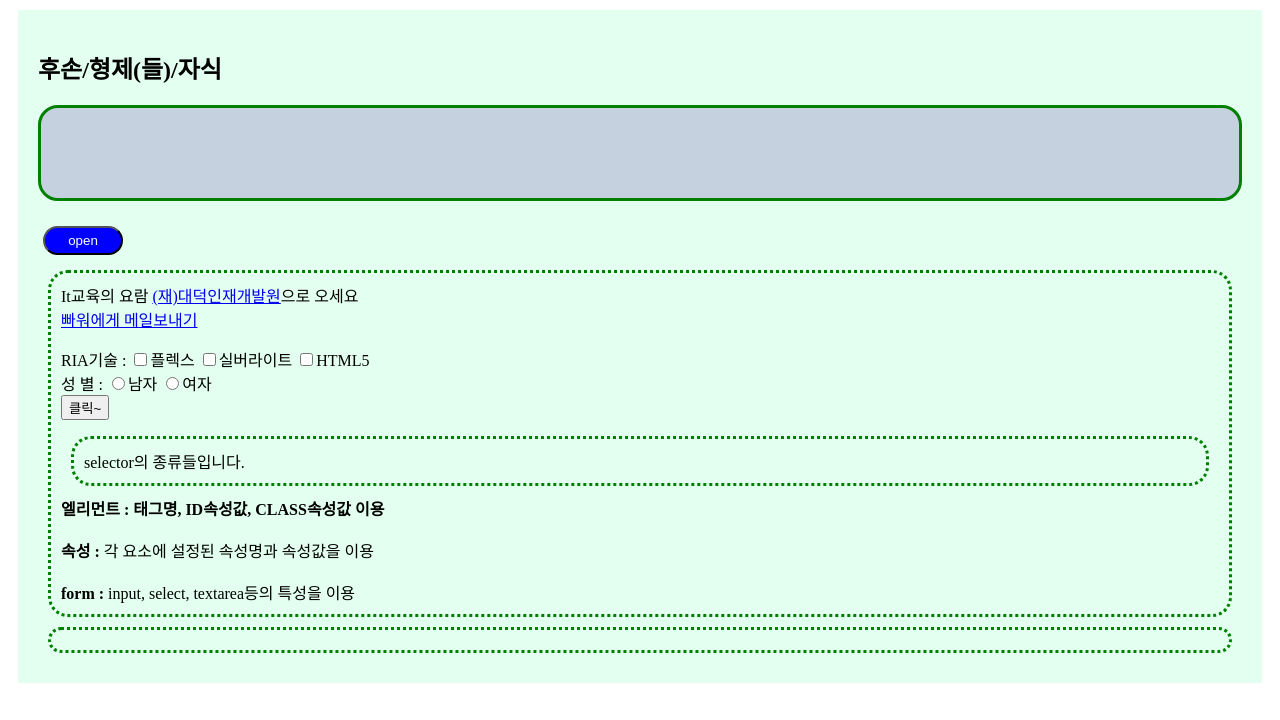
Repository: ypyp0205/jquery
Page: jqpro/WebContent/0210/선택자_엘리먼트2.html
An editor plug-in stored every save of this project. The page is shown before and after the next save, followed by the edit.
The browser window is 1280 px wide. The pictures show the whole page.
After loading, the first visible `button` was clicked once.

Above is the page before, as saved 2020-02-10 03:22:35.
Console error: SyntaxError: Unexpected token '.'

### jqpro/WebContent/0210/선택자_엘리먼트2.html
<!DOCTYPE html>
<html>
<head>
<meta charset="UTF-8">
<title>Insert title here</title>
<link rel="stylesheet" href="../CSS/mystyle.css">
<script src="../js/jquery-3.4.1.min.js" type="text/javascript"></script>

<script type="text/javascript">
	$(function(){
		$('button').on('click', function() {

			//h2의 자식 a 태그의 스타일 에 테두리 설정 - solid
		/* 	$('#list~b').css('border', '2px solid blue');
			$('#list~span').css('border', '2px solid red');
							.css('background', 'green'); */


			//id가 list인 요소의 테두리지정 2px solid orange
			//글자크기 30px ,  가로 길이지정
			$('#list').css('border', '2px solid orange');
							.css('font-size', '30px');
			//p요소의 테두리 2px solid red 변경

			//span 요소의 배경색 핑크, 글자색 레드

			//span 요소의 후손  a 요소 overline

			//class가 detail 요소의 글자색을 blue

			// div의 다음의 모든  형제인 span 요소의 배경색 lightgreen

			//div 의 자식인 span 요소의 테두리 1px solid red

			//div 형제인 모든 b 요소의 테두리 2px solid blue




		})



	})
</script>
</head>
<body>

	<div class="box">
		<h2>후손/형제(들)/자식</h2>
		<pre>

		</pre>

		<button type="button" onclick="proc1()">open</button>



	<div>
<span>It교육의 요람 <a href="http://www.ddit.or.kr">
         (재)대덕인재개발원</a>으로 오세요
 </span><br>
<a href="mailto:power2c@ddit.or.kr">빠워에게 메일보내기</a>

<p>
RIA기술 : <input type="checkbox" name="ria" value="플렉스"/>플렉스
<input type="checkbox" name="ria" value="실버라이트"/>실버라이트
<input type="checkbox" name="ria" value="HTML5"/>HTML5<br>

성 별 : <input type="radio" name="gender" value="남자"/>남자
<input type="radio" name="gender" value="여자"/>여자<br>
<input type="button" value="클릭~"/><br>
</p>

<div id="list">selector의 종류들입니다.</div>
<b>엘리먼트 : </b>
<span class="detail"><b>태그명, ID속성값, CLASS속성값 이용</b></span><br><br>
<b>속성 : </b>
<span class="detail">각 요소에 설정된 속성명과 속성값을 이용</span><br><br>
<b>form : </b>
<span >input, select, textarea등의 특성을 이용</span>
</div>








	<div id="result1"></div>
	</div>
</body>
</html>

### jqpro/WebContent/CSS/mystyle.css
@CHARSET "UTF-8";

pre {
	height: auto;
	background: #efffef;
	border: 3px solid green;
	font-size: 20px;
	padding: 10px;
	border-radius: 20px;
}

.box {
	background: #e3ffef;
	margin: 10px;
	height: auto;
	padding: 20px;
}

.box div {
	border: 3px dotted green;
	height: auto;
	margin: 10px;
	padding: 10px;
	border-radius: 20px;
}

.box button {
	color: white;
	background: blue;
	padding: 5px;
	margin: 5px;
	width: 80px;
	border-radius: 40px;
}

.box pre {
	padding: 15px;
	color: blue;
	background: rgb(197, 209, 222);
	line-height: 1.5em;
	font-weight: bold;
	}

Loaded but not shown: jqpro/WebContent/js/jquery-3.4.1.min.js (library)

After the next save:
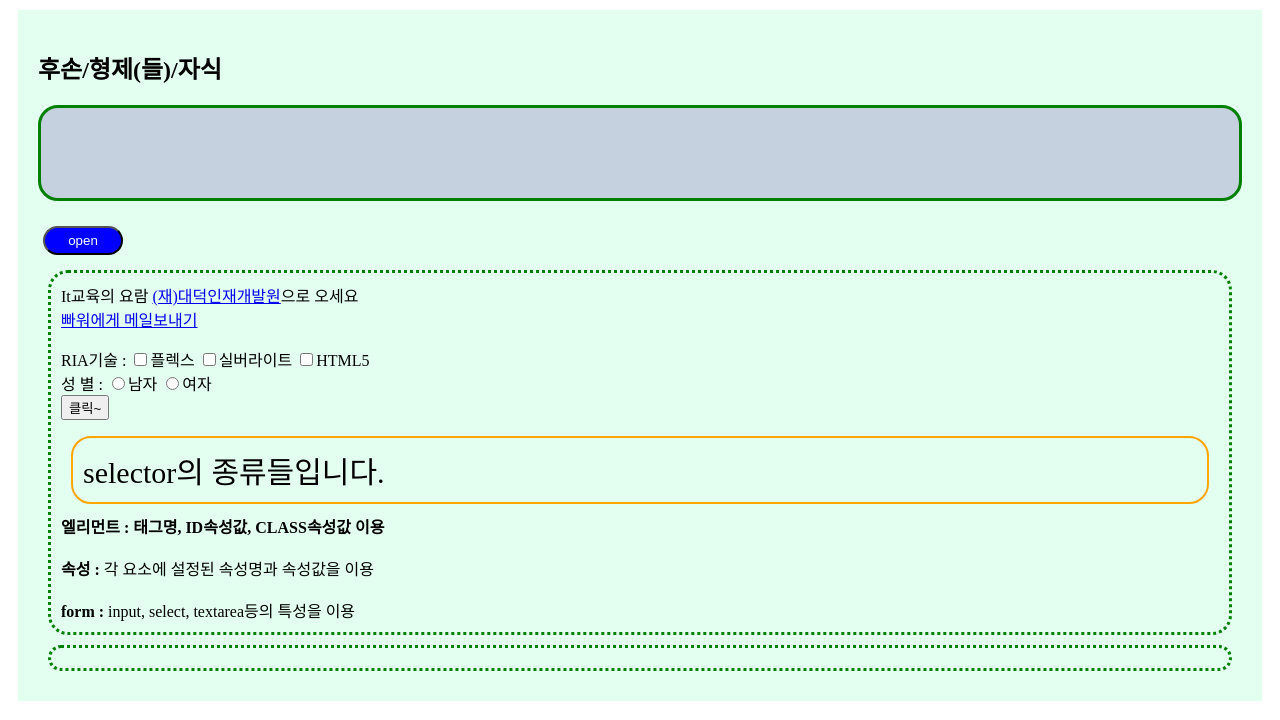
Console error: ReferenceError: proc1 is not defined
Saved 10 s later.
--- a/jqpro/WebContent/0210/선택자_엘리먼트2.html
+++ b/jqpro/WebContent/0210/선택자_엘리먼트2.html
@@ -18,7 +18,7 @@
 
 			//id가 list인 요소의 테두리지정 2px solid orange
 			//글자크기 30px ,  가로 길이지정
-			$('#list').css('border', '2px solid orange');
+			$('#list').css('border', '2px solid orange')
 							.css('font-size', '30px');
 			//p요소의 테두리 2px solid red 변경
 
